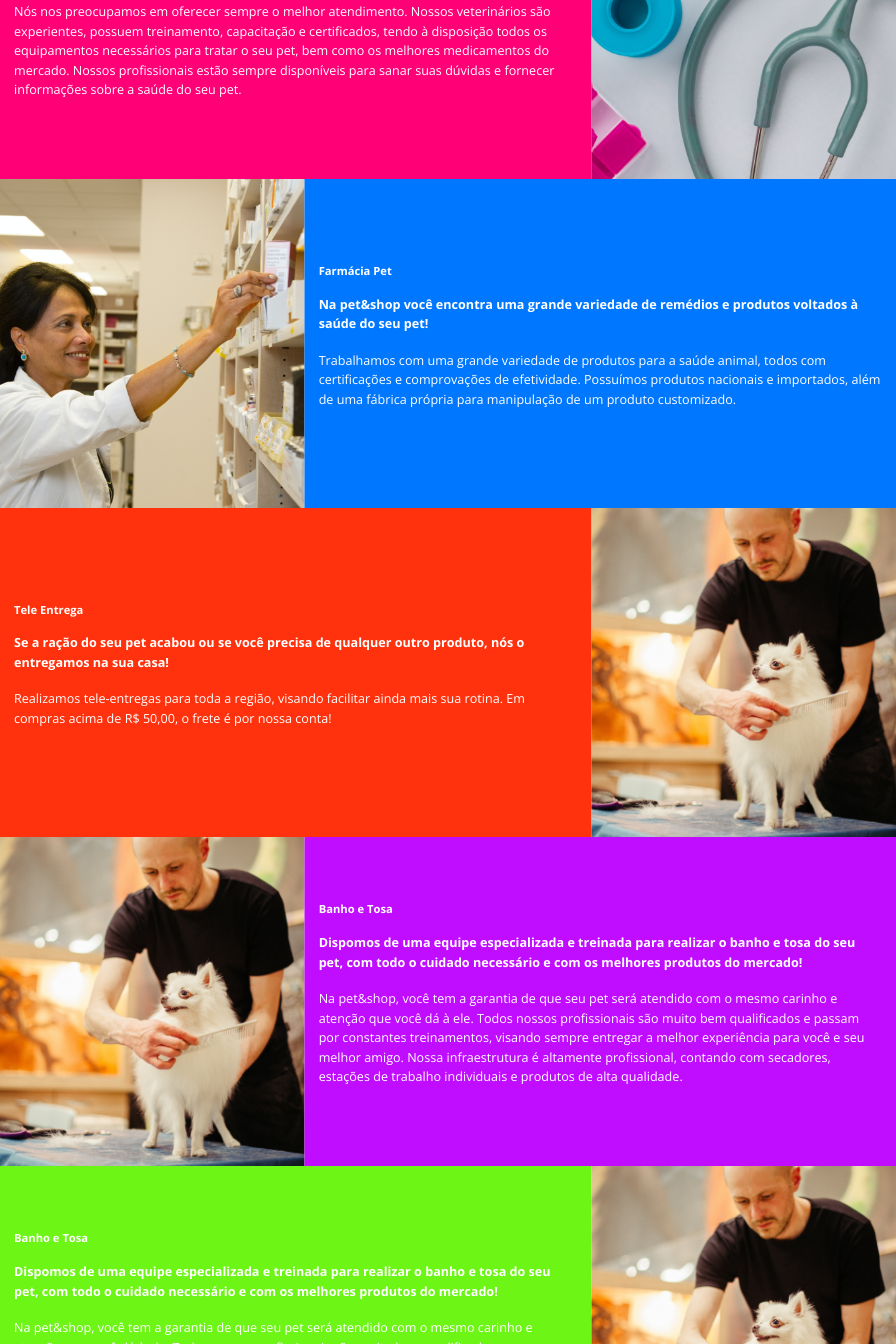
Repository: EzequielKaiber/pet-e-shop
Page: servicos.html
The author's editor kept a copy of each file at every save. The page is drawn from the files as they stood at one save, then again after the next save.
The browser window is 1280 px wide. The pictures show the part of the page from y = 784 to 2704 px (the page is 3884 px tall), at 70% of full size.

Above is the page before, as saved 2022-04-26 14:05:15.

### servicos.html
<!DOCTYPE html>
<html lang="en">
<head>
    <meta charset="UTF-8">
    <meta http-equiv="X-UA-Compatible" content="IE=edge">
    <meta name="viewport" content="width=device-width, initial-scale=1.0">
    <title>Produtos</title>
    <link rel="stylesheet" href="css/header.css">
    <link rel="stylesheet" href="css/style.css">
    <link rel="stylesheet" href="css/footer.css">
    <link href="https://fonts.googleapis.com/css2?family=Open+Sans:wght@400;700&display=swap" rel="stylesheet">
</head>
<body class="page-servios">
    <header>
        <div class="container">
            <div class="header-itens">
                <a href="./">
                    <div class="logo" style="background-image: url(img/logo-colored.svg);"></div>
                </a>
                <nav class="menu">
                    <ul>
                        <li>
                            <a href="./index.html">Home</a>
                        </li>
                        <li>
                            <a href="./sobre.html">Sobre</a>
                        </li>
                        <li>
                            <a href="./produtos.html">Produtos</a>
                        </li>
                        <li class="active">
                            <a href="./servicos.html">Serviços</a>
                        </li>
                        <li>
                            <a href="./fale-conosco.html">Fale conosco</a>
                        </li>
                    </ul>
                </nav>
            </div>
        </div>
    </header>
    <div class="servios-list">
        <div class="list-item">
            <div class="left">
                <div class="image" style="background-image: url(img/Serviços/bath-and-groom.jpg);"></div>
            </div>
            <div class="right">
                <h2>Banho e Tosa</h2>
                <p><b>Dispomos de uma equipe especializada e treinada para realizar o banho e tosa do seu pet,
                    com todo o cuidado necessário e com os melhores produtos do mercado!</b></p>
                <p>
                    Na pet&shop, você tem a garantia de que seu pet será atendido com o mesmo carinho e atenção
                    que você dá à ele. Todos nossos profissionais são muito bem qualificados e passam por
                    constantes treinamentos, visando sempre entregar a melhor experiência para você e seu melhor
                    amigo. Nossa infraestrutura é altamente profissional, contando com secadores, estações de
                    trabalho individuais e produtos de alta qualidade.
                </p>
            </div>
        </div>
        <div class="list-item">
            <div class="right rosa white">
                <h2>Centro Médicos</h2>
                <p><b>Aqui você encontrará uma clínica veterinária completa, com médicos veterinários formados e instalações especializadas!</b></p>
                <p>
                    Nós nos preocupamos em oferecer sempre o melhor atendimento. Nossos veterinários são experientes, possuem treinamento, capacitação e certificados, tendo à disposição todos os equipamentos necessários para tratar o seu pet, bem como os melhores medicamentos do mercado. Nossos profissionais estão sempre disponíveis para sanar suas dúvidas e fornecer informações sobre a saúde do seu pet.
                </p>
            </div>
            <div class="left">
                <div class="image" style="background-image: url(img/Serviços/medical-center.jpg);"></div>
            </div>
        </div>
        <div class="list-item">
            <div class="left">
                <div class="image" style="background-image: url(img/Serviços/drugstore.jpg);"></div>
            </div>
            <div class="right azul white">
                <h2>Farmácia Pet</h2>
                <p><b>Na pet&shop você encontra uma grande variedade de remédios e produtos voltados à saúde do seu pet!</b></p>
                <p>
                    Trabalhamos com uma grande variedade de produtos para a saúde animal, todos com certificações e comprovações de efetividade. Possuímos produtos nacionais e importados, além de uma fábrica própria para manipulação de um produto customizado.
                </p>
            </div>
        </div>
        <div class="list-item">
            <div class="right vermelho white">
                <h2>Tele Entrega</h2>
                <p><b>Se a ração do seu pet acabou ou se você precisa de qualquer outro produto, nós o entregamos na sua casa!</b></p>
                <p>
                    Realizamos tele-entregas para toda a região, visando facilitar ainda mais sua rotina. Em compras acima de R$ 50,00, o frete é por nossa conta!
                </p>
            </div>
            <div class="left">
                <div class="image" style="background-image: url(img/Serviços/bath-and-groom.jpg);"></div>
            </div>
        </div>
        <div class="list-item">
            <div class="left">
                <div class="image" style="background-image: url(img/Serviços/bath-and-groom.jpg);"></div>
            </div>
            <div class="right roxo white">
                <h2>Banho e Tosa</h2>
                <p><b>Dispomos de uma equipe especializada e treinada para realizar o banho e tosa do seu pet,
                    com todo o cuidado necessário e com os melhores produtos do mercado!</b></p>
                <p>
                    Na pet&shop, você tem a garantia de que seu pet será atendido com o mesmo carinho e atenção
                    que você dá à ele. Todos nossos profissionais são muito bem qualificados e passam por
                    constantes treinamentos, visando sempre entregar a melhor experiência para você e seu melhor
                    amigo. Nossa infraestrutura é altamente profissional, contando com secadores, estações de
                    trabalho individuais e produtos de alta qualidade.
                </p>
            </div>
        </div>
        <div class="list-item">
            <div class="right verde white">
                <h2>Banho e Tosa</h2>
                <p><b>Dispomos de uma equipe especializada e treinada para realizar o banho e tosa do seu pet,
                    com todo o cuidado necessário e com os melhores produtos do mercado!</b></p>
                <p>
                    Na pet&shop, você tem a garantia de que seu pet será atendido com o mesmo carinho e atenção
                    que você dá à ele. Todos nossos profissionais são muito bem qualificados e passam por
                    constantes treinamentos, visando sempre entregar a melhor experiência para você e seu melhor
                    amigo. Nossa infraestrutura é altamente profissional, contando com secadores, estações de
                    trabalho individuais e produtos de alta qualidade.
                </p>
            </div>
            <div class="left">
                <div class="image" style="background-image: url(img/Serviços/bath-and-groom.jpg);"></div>
            </div>
        </div>
        <div class="list-item">
            <div class="left">
                <div class="image" style="background-image: url(img/Serviços/bath-and-groom.jpg);"></div>
            </div>
            <div class="right cinza white">
                <h2>Banho e Tosa</h2>
                <p><b>Dispomos de uma equipe especializada e treinada para realizar o banho e tosa do seu pet,
                    com todo o cuidado necessário e com os melhores produtos do mercado!</b></p>
                <p>
                    Na pet&shop, você tem a garantia de que seu pet será atendido com o mesmo carinho e atenção
                    que você dá à ele. Todos nossos profissionais são muito bem qualificados e passam por
                    constantes treinamentos, visando sempre entregar a melhor experiência para você e seu melhor
                    amigo. Nossa infraestrutura é altamente profissional, contando com secadores, estações de
                    trabalho individuais e produtos de alta qualidade.
                </p>
            </div>
        </div>
    </div>
    <footer>
        <div class="container">
            <div class="footer-itens">
                <div class="footer-item">
                    <h2>pet&shop</h2>
                    <ul>
                        <li class="title">Contato</li>
                        <li>Estrada sem nome, 1234, Sala 0 Bairro - Cidade / UF</li>
                        <li>12345-678</li>
                        <li><a href="tel:(00) 99999-9999">(00) 99999-9999</a></li>
                        <li><a href="mailto:contato@petshop.com.br">contato@petshop.com.br</a></li>
                    </ul>
                </div>
                <div class="footer-item dflex alg-center jcc f-col">
                    <h1>Horário de funcionamento:</h1>
                    <p>De Segunda a Sexta-feira das 9 às 19hs.</p>
                    <p>Aos Sábados das 9 às 18hs.</p>
                </div>
                <div class="footer-item social-items">
                    <h1>Siga-nos</h1>
                    <div class="social">
                        <a href="#">
                            <svg xmlns="http://www.w3.org/2000/svg" viewBox="0 0 320 512"><!--! Font Awesome Pro 6.1.1 by @fontawesome - https://fontawesome.com License - https://fontawesome.com/license (Commercial License) Copyright 2022 Fonticons, Inc. --><path d="M279.14 288l14.22-92.66h-88.91v-60.13c0-25.35 12.42-50.06 52.24-50.06h40.42V6.26S260.43 0 225.36 0c-73.22 0-121.08 44.38-121.08 124.72v70.62H22.89V288h81.39v224h100.17V288z"/></svg>
                        </a>
                        <a href="#">
                            <svg xmlns="http://www.w3.org/2000/svg" viewBox="0 0 448 512"><!--! Font Awesome Pro 6.1.1 by @fontawesome - https://fontawesome.com License - https://fontawesome.com/license (Commercial License) Copyright 2022 Fonticons, Inc. --><path d="M224.1 141c-63.6 0-114.9 51.3-114.9 114.9s51.3 114.9 114.9 114.9S339 319.5 339 255.9 287.7 141 224.1 141zm0 189.6c-41.1 0-74.7-33.5-74.7-74.7s33.5-74.7 74.7-74.7 74.7 33.5 74.7 74.7-33.6 74.7-74.7 74.7zm146.4-194.3c0 14.9-12 26.8-26.8 26.8-14.9 0-26.8-12-26.8-26.8s12-26.8 26.8-26.8 26.8 12 26.8 26.8zm76.1 27.2c-1.7-35.9-9.9-67.7-36.2-93.9-26.2-26.2-58-34.4-93.9-36.2-37-2.1-147.9-2.1-184.9 0-35.8 1.7-67.6 9.9-93.9 36.1s-34.4 58-36.2 93.9c-2.1 37-2.1 147.9 0 184.9 1.7 35.9 9.9 67.7 36.2 93.9s58 34.4 93.9 36.2c37 2.1 147.9 2.1 184.9 0 35.9-1.7 67.7-9.9 93.9-36.2 26.2-26.2 34.4-58 36.2-93.9 2.1-37 2.1-147.8 0-184.8zM398.8 388c-7.8 19.6-22.9 34.7-42.6 42.6-29.5 11.7-99.5 9-132.1 9s-102.7 2.6-132.1-9c-19.6-7.8-34.7-22.9-42.6-42.6-11.7-29.5-9-99.5-9-132.1s-2.6-102.7 9-132.1c7.8-19.6 22.9-34.7 42.6-42.6 29.5-11.7 99.5-9 132.1-9s102.7-2.6 132.1 9c19.6 7.8 34.7 22.9 42.6 42.6 11.7 29.5 9 99.5 9 132.1s2.7 102.7-9 132.1z"/></svg>
                        </a>
                        <a href="#">
                            <svg xmlns="http://www.w3.org/2000/svg" viewBox="0 0 448 512"><!--! Font Awesome Pro 6.1.1 by @fontawesome - https://fontawesome.com License - https://fontawesome.com/license (Commercial License) Copyright 2022 Fonticons, Inc. --><path d="M448,209.91a210.06,210.06,0,0,1-122.77-39.25V349.38A162.55,162.55,0,1,1,185,188.31V278.2a74.62,74.62,0,1,0,52.23,71.18V0l88,0a121.18,121.18,0,0,0,1.86,22.17h0A122.18,122.18,0,0,0,381,102.39a121.43,121.43,0,0,0,67,20.14Z"/></svg>
                        </a>
                        <a href="#">
                            <svg xmlns="http://www.w3.org/2000/svg" viewBox="0 0 512 512"><!--! Font Awesome Pro 6.1.1 by @fontawesome - https://fontawesome.com License - https://fontawesome.com/license (Commercial License) Copyright 2022 Fonticons, Inc. --><path d="M459.37 151.716c.325 4.548.325 9.097.325 13.645 0 138.72-105.583 298.558-298.558 298.558-59.452 0-114.68-17.219-161.137-47.106 8.447.974 16.568 1.299 25.34 1.299 49.055 0 94.213-16.568 130.274-44.832-46.132-.975-84.792-31.188-98.112-72.772 6.498.974 12.995 1.624 19.818 1.624 9.421 0 18.843-1.3 27.614-3.573-48.081-9.747-84.143-51.98-84.143-102.985v-1.299c13.969 7.797 30.214 12.67 47.431 13.319-28.264-18.843-46.781-51.005-46.781-87.391 0-19.492 5.197-37.36 14.294-52.954 51.655 63.675 129.3 105.258 216.365 109.807-1.624-7.797-2.599-15.918-2.599-24.04 0-57.828 46.782-104.934 104.934-104.934 30.213 0 57.502 12.67 76.67 33.137 23.715-4.548 46.456-13.32 66.599-25.34-7.798 24.366-24.366 44.833-46.132 57.827 21.117-2.273 41.584-8.122 60.426-16.243-14.292 20.791-32.161 39.308-52.628 54.253z"/></svg>
                        </a>
                        <a href="#">
                            <svg xmlns="http://www.w3.org/2000/svg" viewBox="0 0 576 512"><!--! Font Awesome Pro 6.1.1 by @fontawesome - https://fontawesome.com License - https://fontawesome.com/license (Commercial License) Copyright 2022 Fonticons, Inc. --><path d="M549.655 124.083c-6.281-23.65-24.787-42.276-48.284-48.597C458.781 64 288 64 288 64S117.22 64 74.629 75.486c-23.497 6.322-42.003 24.947-48.284 48.597-11.412 42.867-11.412 132.305-11.412 132.305s0 89.438 11.412 132.305c6.281 23.65 24.787 41.5 48.284 47.821C117.22 448 288 448 288 448s170.78 0 213.371-11.486c23.497-6.321 42.003-24.171 48.284-47.821 11.412-42.867 11.412-132.305 11.412-132.305s0-89.438-11.412-132.305zm-317.51 213.508V175.185l142.739 81.205-142.739 81.201z"/></svg>
                        </a>
                    </div>
                </div>
            </div>
            <div class="copy">
                <p>© 2022 pet&shop | Todos os direitos reservados. Desenvolvido por <a target="_blank" href="https://www.univates.br/crieti">Crie_TI</a></p>
            </div>
        </div>
    </footer>
</body>
</html>

### css/header.css
* {
    padding: 0;
    margin: 0;
    box-sizing: border-box;
}
header {
    width: 100%;
    height: 100px;
    background-color: #fff;
    box-shadow: 0 3px 6px 0 rgb(0 0 0 / 5%);
    position: fixed;
    top: 0;
    z-index: 999999;
}
header .header-itens {
    display: flex;
    flex-direction: row;
    justify-content: space-between;
    width: 100%;
    height: 100px;
    align-items: center;
}
header .header-itens .logo {
    width: 200px;
    height: 90px;
    background-position: center;
    background-repeat: no-repeat;
    background-size: contain;
}
header .header-itens .menu {
    display: flex;
    flex-direction: row;
}
header .header-itens .menu ul {
    list-style: none;
    display: flex;
    flex-direction: row;
    margin-right: 16px;
}
header .header-itens .menu ul li {
    height: 100%;
    padding: 38px 10px;
    margin-left: 20px;
}
header .header-itens .menu ul li a {
    font-size: 18px;
    line-height: 28px;
    color: #000;
    text-decoration: none;
    transition: ease-in-out 0.32s;
}
header .header-itens .menu ul li a:hover {
    transition: ease-in-out 0.32s;
    color: #f07;
}
header .header-itens .menu ul li.active {
    background-color: #f07;
}
header .header-itens .menu ul li.active a {
    color: #fff;
}

### css/footer.css
footer {
    background-color: #FF0077;
    padding: 80px 0;
}
footer .footer-itens {
    display: flex;
    flex-direction: row;
    justify-content: space-between;
}
footer .footer-itens .footer-item {
    width: calc(33% - 15px);
    height: fit-content;
}
footer .footer-itens .footer-item h2 {
    font-size: 32px;
    line-height: 42px;
    color: #fff;
    margin-bottom: 50px;
}
footer .footer-itens .footer-item ul {
    list-style: none;
    display: flex;
    flex-direction: column;
}
footer .footer-itens .footer-item ul li.title {
    font-size: 18px;
    line-height: 28px;
    color: #fff;
    font-weight: bold;
    margin-bottom: 30px;
}
footer .footer-itens .footer-item ul li {
    font-size: 16px;
    line-height: 26px;
    color: #fff;
}
footer .footer-itens .footer-item ul li a {
    font-size: 16px;
    line-height: 26px;
    color: #fff;
    font-weight: bold;
    text-decoration: none;
}
footer .footer-itens .footer-item h1 {
    font-size: 18px;
    line-height: 28px;
    color: #fff;
    font-weight: bold;
    margin-bottom: 30px;
}
footer .footer-itens .footer-item.social-items {
    align-items: flex-end;
    justify-content: flex-end;
    display: flex;
    flex-direction: column;
}
footer .footer-itens .footer-item p {
    font-size: 16px;
    line-height: 26px;
    color: #fff;
}
footer .footer-itens .footer-item .social {
    display: flex;
    flex-direction: row;
    align-items: flex-end;
}
footer .footer-itens .footer-item .social a {
    display: block;
    height: 30px;
    width: 30px;
    margin-right: 16px;
}
footer .footer-itens .footer-item .social a svg {
    height: 30px;
    width: 30px;
    fill: #fff;
    transition: ease-in-out 0.32s;
    transform: scale(1) rotate(0deg);
}
footer .footer-itens .footer-item .social a:hover svg {
    transform: scale(1.1) rotate(10deg);
    transition: ease-in-out 0.32s;
}
footer .copy {
    display: flex;
    margin-top: 30px;
    flex-direction: row;
    align-items: center;
    justify-content: center;
}
footer .copy p {
    font-size: 14px;
    line-height: 24px;
    color: #fff;
}
footer .copy p a {
    font-size: 14px;
    line-height: 24px;
    color: #fff;
    font-weight: bold;
    text-decoration: none;
}

Loaded but not shown: css/style.css (481 lines, source omitted)

After the next save:
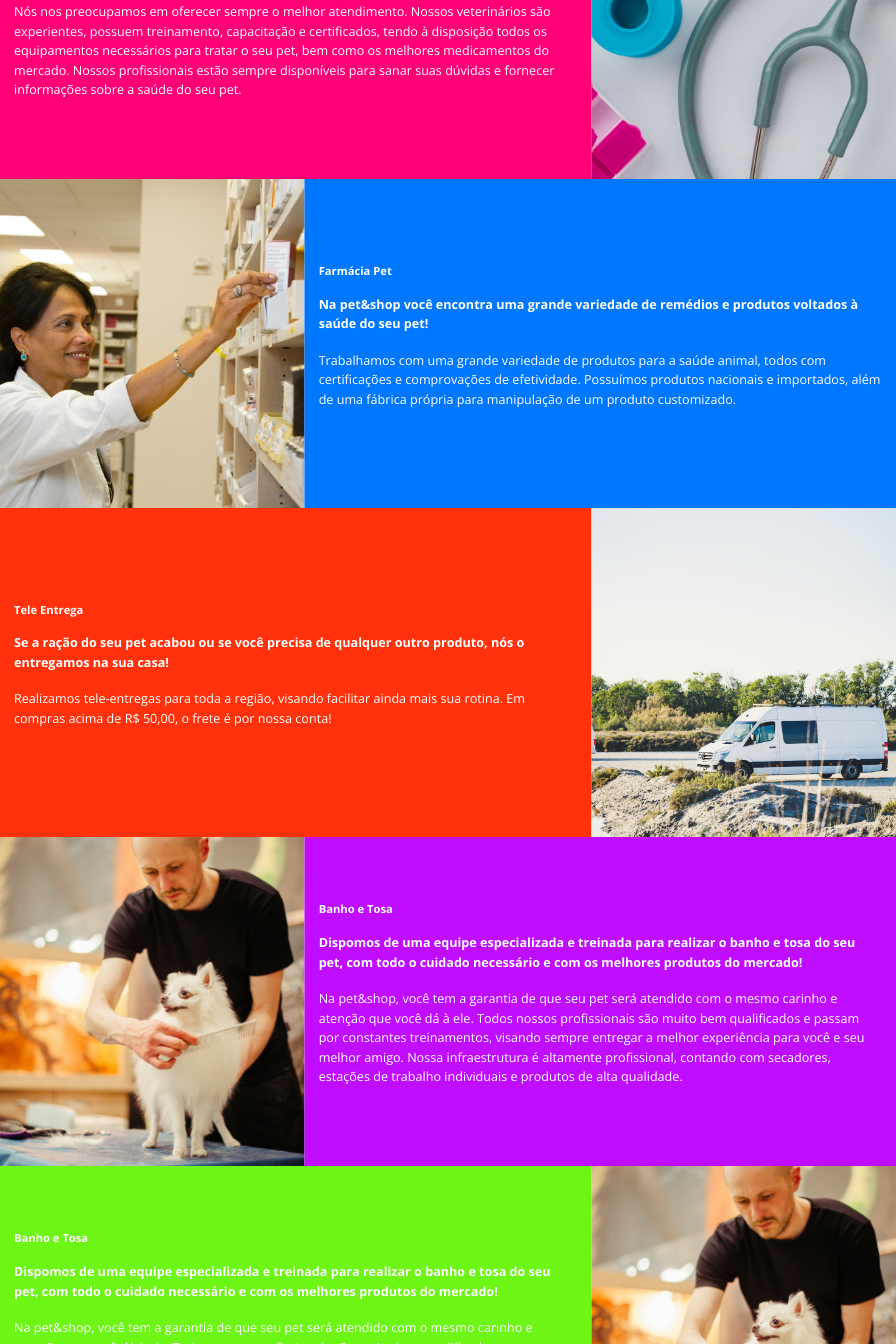
Saved 39 s later.
--- a/servicos.html
+++ b/servicos.html
@@ -90,7 +90,7 @@
                 </p>
             </div>
             <div class="left">
-                <div class="image" style="background-image: url(img/Serviços/bath-and-groom.jpg);"></div>
+                <div class="image" style="background-image: url(img/Serviços/delivery.jpg);"></div>
             </div>
         </div>
         <div class="list-item">
